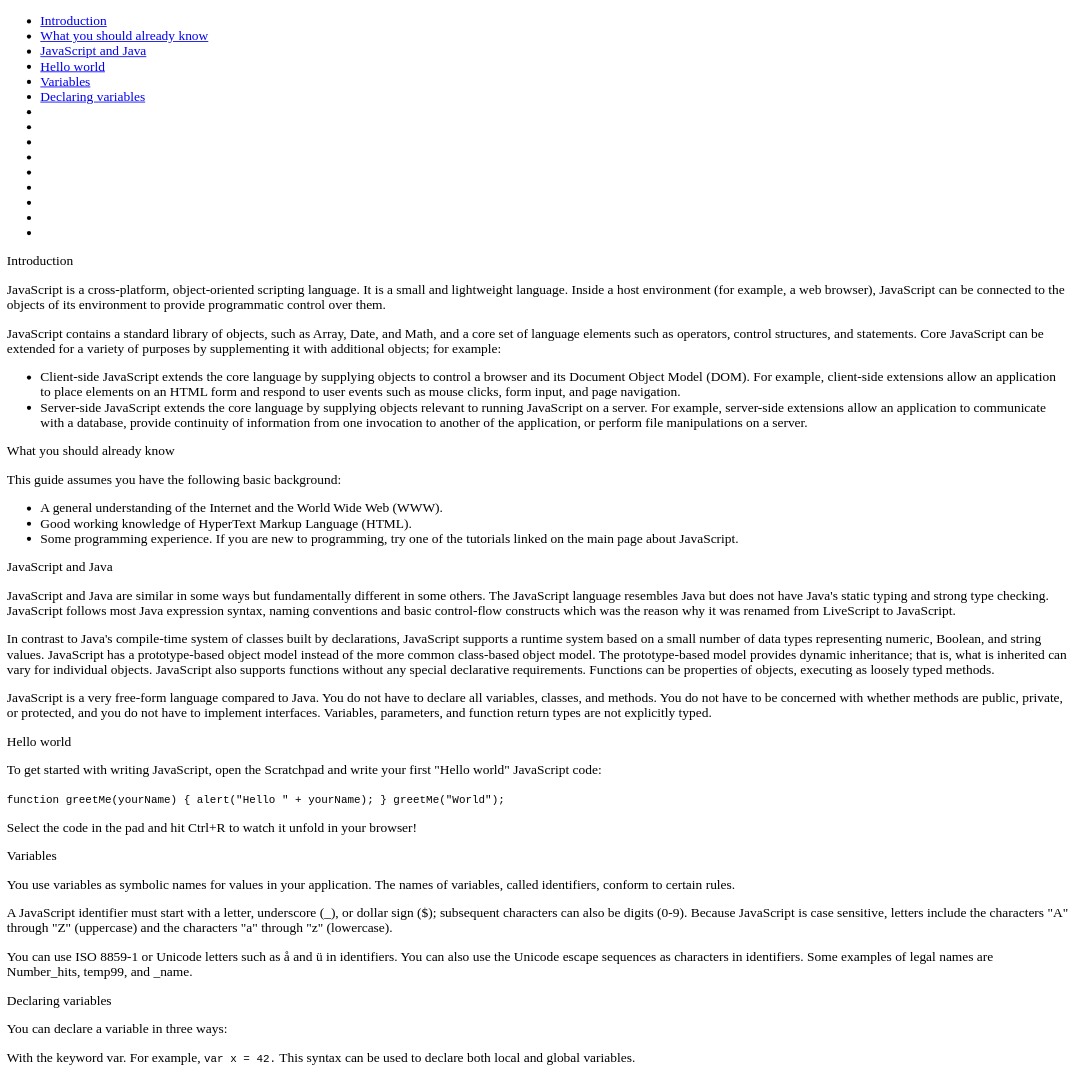
Repository: Lungdjos/technical_document_page_certificate
Page: index.html
These files come from the project's save history. The page is drawn as it stood at one moment and after the next save; the edit follows.
The browser window is 1280 px wide. The pictures show the whole page, at 84% of full size.

Above is the page before, as saved 2023-11-20 19:13:10.

After the next save:
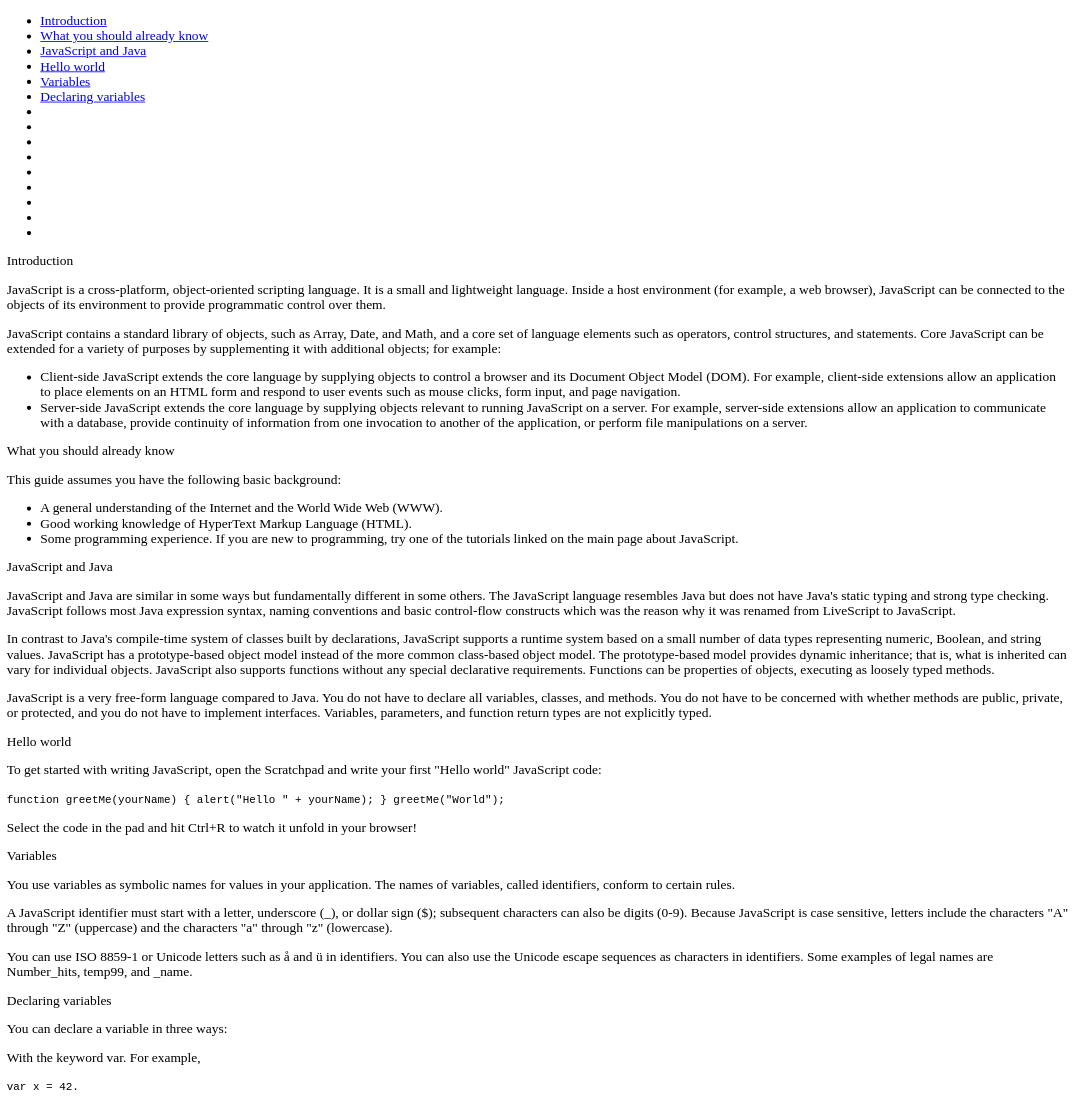
Saved 44 s later.
--- a/index.html
+++ b/index.html
@@ -114,8 +114,8 @@
         <section class="main-section" id="#Declaring_variables">
             <header id="">Declaring variables</header>
             <p>You can declare a variable in three ways:</p>
-            <p>With the keyword var. For example,
-                <code>var x = 42.</code> This syntax can be used to declare both local and global variables.</p>
+            <p>With the keyword var. For example,</p>
+            <code>var x = 42.</code>
             <p></p>
         </section>
         <section class="main-section" id="">
